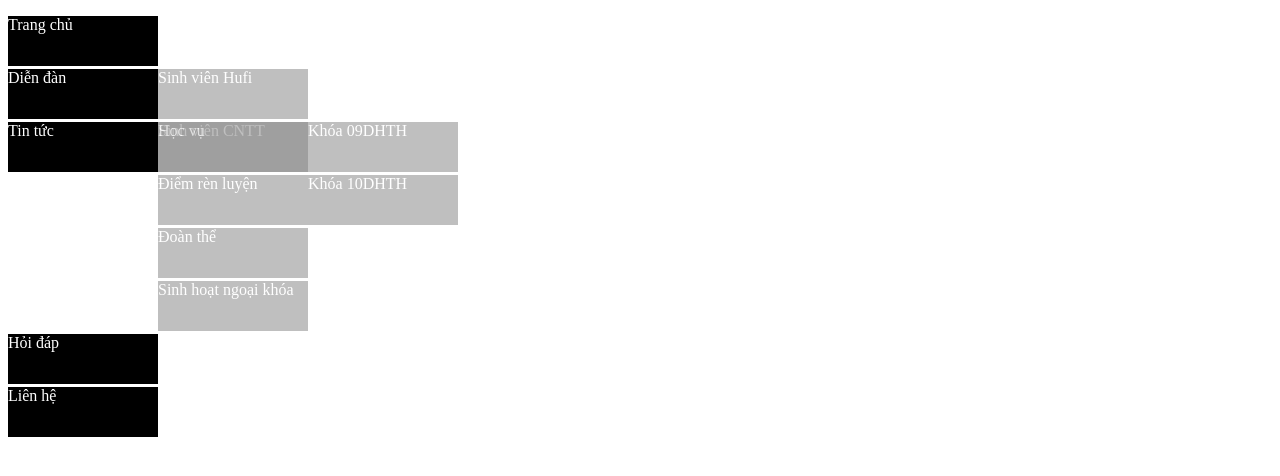
Repository: Tan-Khang21/TH_TKW--Buoi_08
Page: Bai_Tap_Tren_Lop/Bai_02/Bai_02.html
The author's editor kept a copy of each file at every save. The page is drawn from the files as they stood at one save, then again after the next save.
The browser window is 1280 px wide. The pictures show the whole page.

Above is the page before, as saved 2024-03-12 21:19:29.

### Bai_Tap_Tren_Lop/Bai_02/Bai_02.html
<!DOCTYPE html>
<html lang="en">
  <head>
    <meta charset="UTF-8" />
    <meta name="viewport" content="width=device-width, initial-scale=1.0" />
    <title>Document</title>
    <link rel="stylesheet" href="style.css" />
  </head>
  <body>
    <ul type="none" class="list1">
      <li class="list1_item">Trang chủ</li>
      <div
        style="display: flex; align-items: first baseline; position: relative"
      >
        <li class="list1_item">Diễn đàn</li>
        <ul type="none" class="list2" style="position: relative">
          <li class="list2_item">Sinh viên Hufi</li>
          <div
            style="
              display: flex;
              align-items: first baseline;
              position: absolute;
            "
          >
            <li class="list2_item">Sinh viên CNTT</li>
            <ul type="none" class="list3">
              <li class="list3_item">Khóa 09DHTH</li>
              <li class="list3_item">Khóa 10DHTH</li>
            </ul>
          </div>
        </ul>
      </div>
      <div
        style="display: flex; align-items: first baseline; position: relative"
      >
        <li
          style="display: flex; align-items: first baseline"
          class="list1_item"
        >
          Tin tức
        </li>
        <ul type="none" class="list2" style="position: relative">
          <li class="list2_item">Học vụ</li>
          <li class="list2_item">Điểm rèn luyện</li>
          <li class="list2_item">Đoàn thể</li>
          <li class="list2_item">Sinh hoạt ngoại khóa</li>
        </ul>
      </div>
      <li class="list1_item">Hỏi đáp</li>
      <li class="list1_item">Liên hệ</li>
    </ul>
  </body>
</html>

### Bai_Tap_Tren_Lop/Bai_02/style.css
ul {
  padding: 0;
}

.list1_item {
  width: 150px;
  height: 50px;
  background-color: black;
  color: white;
  border-bottom: 3px solid #fff;
  transition: 0.5s linear; /* Sửa đổi đơn vị thời gian */
}

.list1_item:hover {
  background-color: #454545;
}

.list2_item,
.list3_item {
  width: 150px;
  height: 50px;
  background-color: #808080;
  color: white;
  transition: 1s linear; /* Sửa đổi đơn vị thời gian */

  opacity: 0.5;
  border-bottom: 3px solid #fff;
}

.list1_item:hover + ul .list2_item,
.list2_item:hover + ul .list3_item {
  opacity: 1;
}

After the next save:
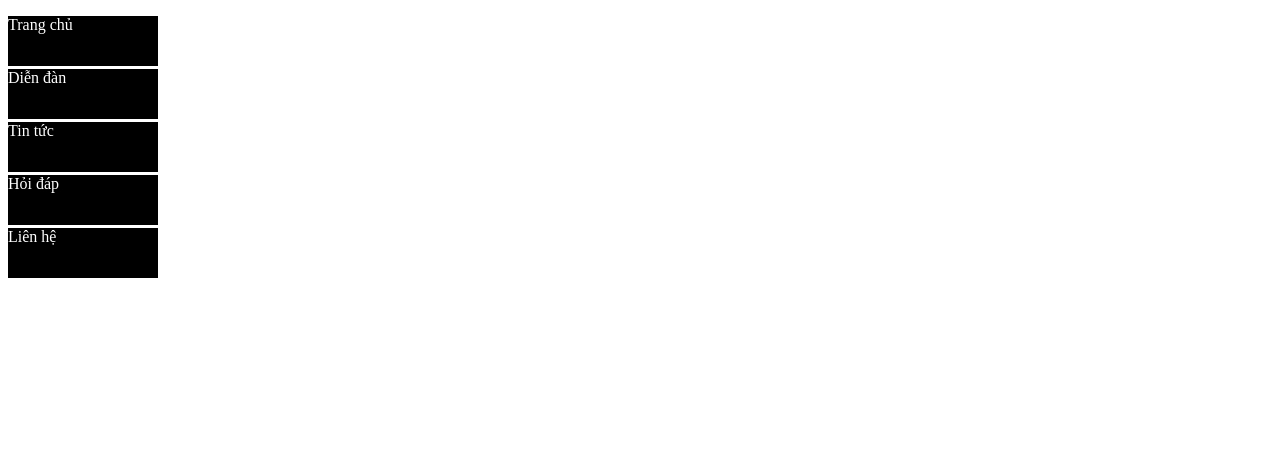
Saved 26 s later.
--- a/Bai_Tap_Tren_Lop/Bai_02/style.css
+++ b/Bai_Tap_Tren_Lop/Bai_02/style.css
@@ -23,11 +23,11 @@ ul {
   color: white;
   transition: 1s linear; /* Sửa đổi đơn vị thời gian */
 
-  opacity: 0.5;
+  display: none;
   border-bottom: 3px solid #fff;
 }
 
 .list1_item:hover + ul .list2_item,
 .list2_item:hover + ul .list3_item {
-  opacity: 1;
+  display: block;
 }
